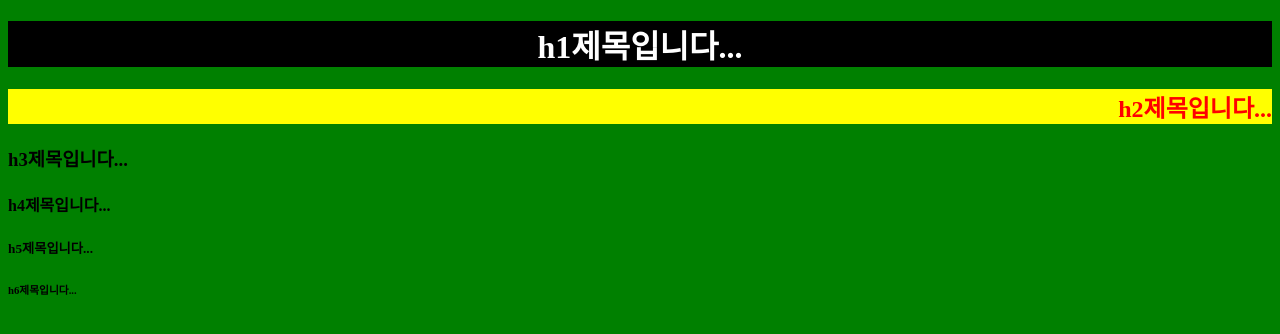
Repository: blinggg/html_git
Page: 0406/ex0406/WebContent/ex01.html
The author's editor kept a copy of each file at every save. The page is drawn from the files as they stood at one save, then again after the next save.
The browser window is 1280 px wide. The pictures show the whole page.

Above is the page before, as saved 2020-04-06 01:00:49.

### 0406/ex0406/WebContent/ex01.html
<!DOCTYPE html>
<html>
<head>
<meta charset="UTF-8">
	<title>연습1</title>
	<style>

    /*주석*/
	h1{color:white;
	background:black;text-align:center;}

	h2{color:red;
	background:yellow;text-align:right;}

	body{background:green;}

	</style>
	<script>
	//여기는 주석입니다.1~100까지의 합계
	sum=0;
	for(i=1; i<=100; i++);
	{
		sum=sum+i;
	}
	alert("1~100까지의 합="+sum);

	</script>
</head>
<body>
	<!--  여기는 주석입니다... -->
	 <h1>h1제목입니다...</h1>
	 <h2>h2제목입니다...</h2>
	 <h3>h3제목입니다...</h3>
	 <h4>h4제목입니다...</h4>
	 <h5>h5제목입니다...</h5>
	 <h6>h6제목입니다...</h6>


</body>
</html>

After the next save:
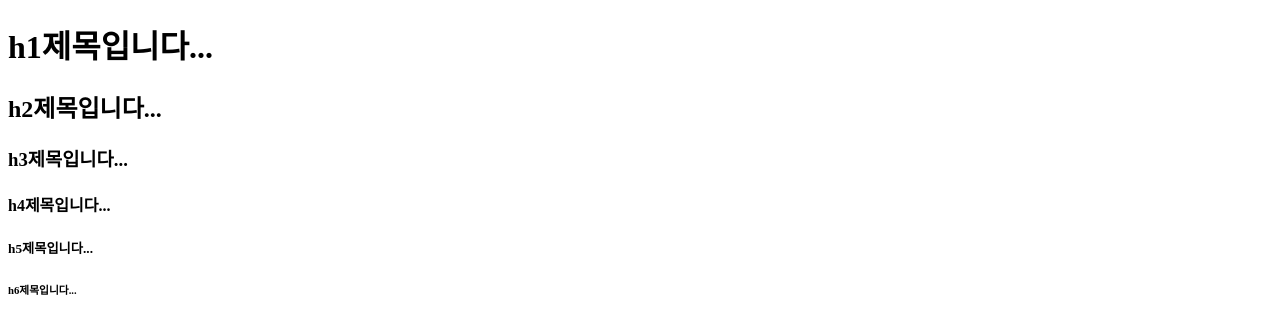
Saved 48 s later.
--- a/0406/ex0406/WebContent/ex01.html
+++ b/0406/ex0406/WebContent/ex01.html
@@ -5,14 +5,6 @@
 	<title>연습1</title>
 	<style>
 
-    /*주석*/
-	h1{color:white;
-	background:black;text-align:center;}
-
-	h2{color:red;
-	background:yellow;text-align:right;}
-
-	body{background:green;}
 
 	</style>
 	<script>
@@ -22,7 +14,7 @@
 	{
 		sum=sum+i;
 	}
-	alert("1~100까지의 합="+sum);
+	alert("1~100까지의 합="+sum); //경고창
 
 	</script>
 </head>
